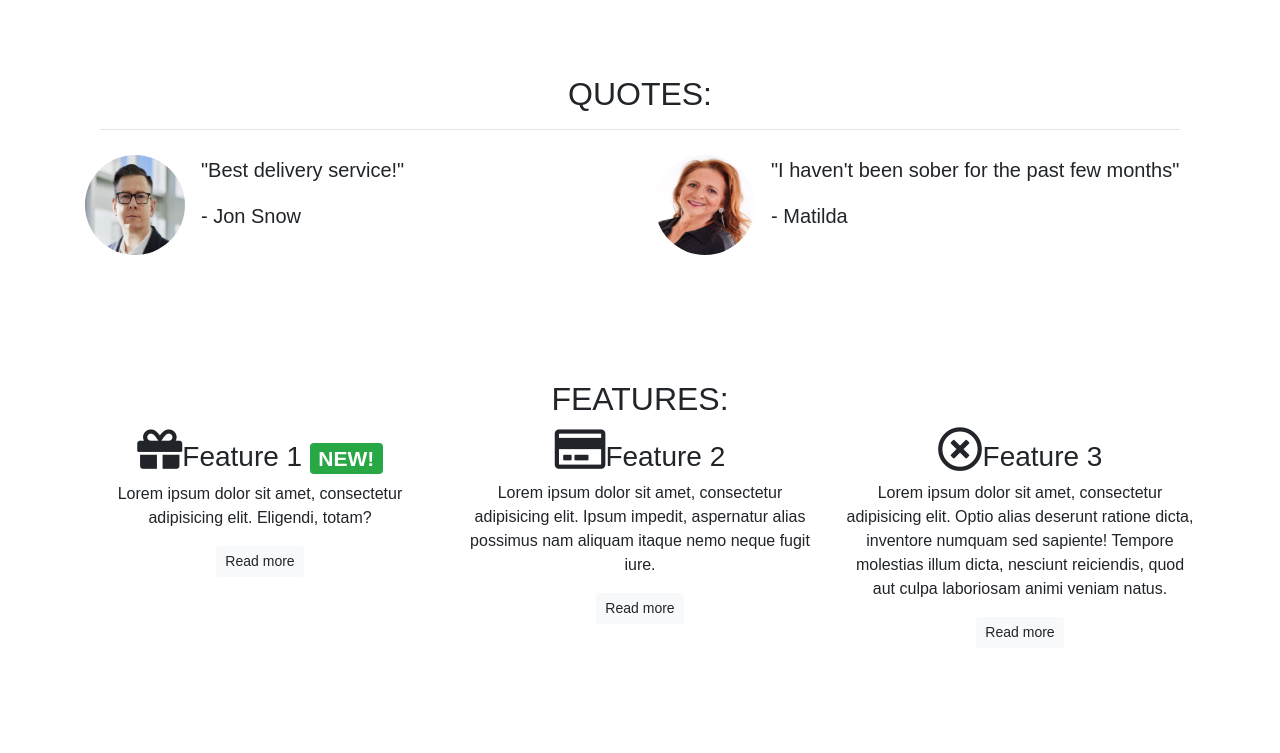
Repository: mkuti/Whiskey_website_using_Bootstrap
Page: index.html
The author's editor kept a record of every edit. The page is drawn from the files as they stood at one moment, then again after the next edit.
The browser window is 1280 px wide. The pictures show the part of the page from y = 720 to 1502 px (the page is 1473 px tall before and 1502 px after).
Backgrounds fixed to the window are drawn as part of the page. Some web fonts or font styles are not loaded; a fallback is used. Some web libraries are served in a nearby version.

Above is the page before.

### index.html
<!DOCTYPE html>
<html lang="en">

<head>
    <meta charset="UTF-8">
    <meta name="viewport" content="width=device-width, initial-scale=1.0">
    <title>Whiskey Drop | Taste a new whiskey every month</title>
    <link rel="stylesheet" href="https://maxcdn.bootstrapcdn.com/bootstrap/4.1.3/css/bootstrap.min.css">
    <link rel="stylesheet" href="https://use.fontawesome.com/releases/v5.6.1/css/all.css" integrity="sha384-gfdkjb5BdAXd+lj+gudLWI+BXq4IuLW5IT+brZEZsLFm++aCMlF1V92rMkPaX4PP" crossorigin="anonymous">

    <link href="https://fonts.googleapis.com/css?family=B612+Mono&display=swap" rel="stylesheet">
    <link rel="stylesheet" href="css/style.css" type="text/css" />
</head>

<body>

    <div class="container-fluid navalert-container">
        <!--alert sale-->
        <div class="container-fluid alert-container">
            <div class="row d-none d-sm-block">
                <div class="col-12">
                    <div class="site-wide-alert alert alert-warning">
                        <strong>Sale Now On!</strong> We've got a sale on. Get a 12-month subscription for the price of 6! <a href="">See here for details!</a>
                    </div>
                </div>
            </div>
        </div>
        <!-- nav -->
        <nav class="navbar navbar-dark navbar-expand-sm">
            <a href="/" class="navbar-brand">Whiskey Drop</a>
            <!-- button for smaller screens -->
            <button class="navbar-toggler ml-auto" type="button" data-toggle="collapse" data-target="#navbarNavDropdown" aria-controls="navbarNavDropdown" aria-expanded="false" aria-label="Toggle navigation">
            <span class="navbar-toggler-icon"></span></button>
            <!-- end button -->

            <!-- menu -->
            <div class="collapse navbar-collapse" id="navbarNavDropdown">
                <ul class="navbar-nav mr-auto">
                    <li class="active nav-item mr-2"><a class="nav-link" href="/">Home</a></li>
                    <li class="nav-item mr-2"><a class="nav-link" href="">About</a></li>
                    <li class="nav-item dropdown">
                        <a class="nav-link dropdown-toggle" href="#" id="navbarNavDropdownMenuLink" role="button" data-toggle="dropdown" aria-haspopup="true" aria-expanded="false">Whiskeys</a>
                        <div class="dropdown-menu" aria-labelledby="navbarNavDropdownMenuLink">
                            <a class="dropdown-item" href="#">Irish</a>
                            <a class="dropdown-item" href="#">Scottish</a>
                            <a class="dropdown-item" href="#">Japanese</a>
                            <a class="dropdown-item" href="#">American</a>
                        </div>
                    </li>
                    <li class="nav-item mr-2 d-block d-sm-none"><a class="nav-link" href="">Sign In / Sign Up</a></li>
                </ul>
            </div>
            <!-- .menu -->
            <!--sign up-->
            <div class="d-none d-md-block">
                <p class="navbar-text my-auto mr-2"><i>Great whiskey delivered to your door</i></p>
                <a href="/login" class="btn btn--cta btn--red">Sign In / Sign Up</a>
            </div>
            <!--</div>-->
        </nav>
    </div>
    <!--end nav-->

    <!-- call out section -->
    <div class="container-fluid callout-container">
        <div class="opaque-overlay">&nbsp;</div>
        <div class="row">
            <div class="col-12">
                <section class="callout jumbotron text-center">
                    <h1 class="jumbotron-header">The finest whiskeys delivered to your doorstep.</h1>
                    <hr class="block-divider block-divider--orange">
                    <p class="lead">Sign up today to start receiving the world's best whiskeys every month. <s class="d-none d-sm-inline">€19.99</s>
                        <span class="d-inline d-sm-none"><br></span>
                        <strong><mark>The first one is free!</mark></strong></p>
                    <button class="btn btn--cta btn--red" data-toggle="modal" data-target="#signUpModal">Sign up!</button>
                    <p class="text-muted"><small>You must be over 18 to use our services. Please drink responsibly.</small></p>
                </section>
            </div>
        </div>
    </div>
    <!--end call out-->
    <!-- Quotes -->
    <div class="container quotes-container content-container">
        <section class="quotes">
            <div class="col-12 page-header">
                <h2 class="text-uppercase">Quotes:</h2>
                <hr class="block-divider-small">
            </div>
            <div class="row">
                <div class="col-12 col-md-6">
                    <div class="media">
                        <div class="d-none d-sm-block">
                            <img src="Images/old-man.jpg" class="rounded-circle mr-3" height=100 width=100>
                        </div>
                        <div class="media-body">
                            <blockquote class="blockquote">
                                <p>"Best delivery service!"</p>
                                <p>- Jon Snow</p>
                            </blockquote>
                        </div>
                    </div>
                </div>
                <div class="col-12 col-md-6">
                    <div class="media">
                        <div class="d-none d-sm-block">
                            <img src="Images/old-woman.jpg" class="rounded-circle mr-3" height=100 width=100>
                        </div>
                        <div class="media-body">
                            <blockquote class="blockquote">
                                <p>"I haven't been sober for the past few months"</p>
                                <p>- Matilda</p>
                            </blockquote>
                        </div>
                    </div>
                </div>
            </div>
        </section>
    </div>
    <!--end quotes-->

    <!-- Features -->
    <div class="container features-container content-container">
        <section class="features">
            <div class="row">
                <div class="col-12 page-header">
                    <h2 class="text-uppercase">Features:</h2>
                </div>
            </div>
            <div class="row">
                <div class="col-12 col-md-6 col-lg-4">
                    <div class="feature">
                        <h3><i class="fas fa-gift d-none d-sm-inline"></i>Feature 1 <span class="badge badge-success">NEW!</span></h3>
                        <p>Lorem ipsum dolor sit amet, consectetur adipisicing elit. Eligendi, totam?</p>
                        <p><a class="btn btn-sm btn-light" href="">Read more</a></p>
                    </div>
                </div>

                <div class="col-12 col-md-6 col-lg-4">
                    <div class=feature>
                        <h3><i class="far fa-credit-card d-none d-sm-inline"></i>Feature 2</h3>
                        <p>Lorem ipsum dolor sit amet, consectetur adipisicing elit. Ipsum impedit, aspernatur alias possimus nam aliquam itaque nemo neque fugit iure.</p>
                        <p><a class="btn btn-sm btn-light" href="">Read more</a></p>
                    </div>
                </div>

                <div class="col-12 d-md-none d-lg-block col-lg-4">
                    <div class="feature">
                        <h3><i class="far fa-times-circle d-none d-sm-inline"></i>Feature 3</h3>
                        <p>Lorem ipsum dolor sit amet, consectetur adipisicing elit. Optio alias deserunt ratione dicta, inventore numquam sed sapiente! Tempore molestias illum dicta, nesciunt reiciendis, quod aut culpa laboriosam animi veniam natus.</p>
                        <p><a class="btn btn-sm btn-light" href="">Read more</a></p>
                    </div>
                </div>
            </div>
        </section>
        <!--end features-->
    </div>


    <div class="modal" tabindex="-1" role="dialog" id="signUpModal">
        <div class="modal-dialog" role="document">
            <div class="modal-content">
                <div class="modal-header">
                    <h5 class="modal-title">Sign Up to Whiskey Drop</h5>
                    <button type="button" class="close" data-dismiss="modal" aria-label="Close">
          <span aria-hidden="true">&times;</span>
        </button>
                </div>
                <div class="modal-body">
                    <form>
                        <div class="form-group">
                            <label for="exampleInputEmail1">Email address</label>
                            <input type="email" class="form-control" id="exampleInputEmail1" aria-describedby="emailHelp" placeholder="Enter email">
                            <small id="emailHelp" class="form-text text-muted">We'll never share your email with anyone else.</small>
                        </div>
                        <div class="form-group">
                            <label for="password">Password</label>
                            <input type="password" class="form-control" id="password" placeholder="Password">
                        </div>
                        <div class="form-group">
                            <label for="repeatPassword">Repeat Password</label>
                            <input type="password" class="form-control" id="repeatPassword" placeholder="Repeat Password">
                        </div>
                        <button type="submit" class="btn btn-success">Submit</button>
                    </form>
                </div>
            </div>
        </div>
    </div>

    <script src="https://code.jquery.com/jquery-3.3.1.slim.min.js" integrity="sha384-q8i/X+965DzO0rT7abK41JStQIAqVgRVzpbzo5smXKp4YfRvH+8abtTE1Pi6jizo" crossorigin="anonymous"></script>
    <script src="https://cdnjs.cloudflare.com/ajax/libs/popper.js/1.14.3/umd/popper.min.js" integrity="sha384-ZMP7rVo3mIykV+2+9J3UJ46jBk0WLaUAdn689aCwoqbBJiSnjAK/l8WvCWPIPm49" crossorigin="anonymous"></script>
    <script src="https://stackpath.bootstrapcdn.com/bootstrap/4.1.3/js/bootstrap.min.js" integrity="sha384-ChfqqxuZUCnJSK3+MXmPNIyE6ZbWh2IMqE241rYiqJxyMiZ6OW/JmZQ5stwEULTy" crossorigin="anonymous"></script>

</body>

</html>

### css/style.css
body {
    font-family: 'Poppins', sans-serif;
}

.alert-container .col-12 {
    padding-left: 0;
    padding-right: 0;
    }

.site-wide-alert {
    border-radius: 0;
    margin-bottom: 0;
    padding: 5px 15px;
    background-color:#ffd85d;
    border-color: #ffd85d;
}

.callout-container {
    height: 100vh;
    background: url(../Images/whiskey.jpg) no-repeat bottom right fixed;
    -webkit-background-size: cover;
    -moz-background-size: cover;
    -o-background-size: cover;
    background-size: cover;

    display: flex;
    align-items: center;
    justify-content: center;
    position: relative;
    }

/*opaque overlay for the background image*/

.opaque-overlay {
  position: absolute;
  top: 0;
  left: 0;
  height: 100%;
  width: 100%;
  background: rgba(0, 0, 0, 0.5);
}

/*navbar*/

.navbar {
    margin-bottom: 0;
    border: 0;
    width: 100%;
    background-color: rgba(0, 0, 0, 0.25);
    }

.navalert-container {
    position: absolute;
    top: 0;
    left: 0;
    padding-left: 0;
    padding:right; 0;
    z-index: 1;
}

.navbar .navbar-toggler {
    border: 0;
}

.navbar-brand {
    font-weight: bold;
    }

.navbar .navbar-nav a {
    font-weight: bold;
}

/*page headers*/

.page-header {
    margin-bottom: 0;
    border-bottom: 0;
    text-align: center;
}

.page-header h2 {
    margin-top: 0;
}

.quotes .page-header {
    margin-bottom: 25px;
}

   /*containers*/

.content-container {
    margin-top: 75px;
    margin-bottom: 75px;
    }

.container.wrapper {

}

.container-wrapper--red {
    background-color: #c1340a;
    color: white;
    }

.quotes-container {}

.features-container {
    padding-top: 50px;
    }


/*block dividers*/

.block-divider {
    width: 75px;
    height: 5px;
    border: 0;
    }

.block-divider--orange {
    background-color: #c1340a;
}

.block-divider--white {
    background-color: #fff;
}

.block-divider--short {
    width: 35px;
    background-color: #444;
}

/*jumbotron*/

.jumbotron {
    background-color: transparent;
}

.jumbotron-header {
    color: #fff;
    font-weight: bold;
    margin-top: 30px;
}

.jumbotron .lead {
    font-size: 1.25rem;
    font-weight: 300;
    margin: 25px 0;
    color: #949494;
}

.jumbotron small {
    font-size: 60%;
    font-style: italic;
    color: #e6e6e6;
}

/* buttons */

.btn--cta {
    font-weight:bold;
    border-radius:23px;
    width: 200px;
    }

.btn--red {
    color: white;
    border-color: #c1340a;
    background-color: #c1340a;
}

.btn--white {
    background-color: white;
    border-color: white;
    border-radius: 15px;
    color: #c1340a;
    min-width: 100px;
    margin-top: 10px;
}

.btn--red:hover,
.btn--red:active,
.btn--red:focus,
.btn--red:active:focus {
    border-color: #942909;
    background-color: #962605;
    color: white;
}

.btn--white:hover,
.btn--white:active,
.btn--white:focus,
.btn--white:active:focus {
    border-color: white;
    background-color: white;
    color: #000;
}

.badge--yellow {
    color: #c1340a;
    background-color: #ffd85d;
    border-radius: 5px;
}

.feature {
    text-align: center;
    margin-bottom: 30px;
    }

.feature i {
    margin-bottom: 20px;
    font-size: 45px;
    line-height: 45px;
}

.col-lg-4 {

After the next edit:
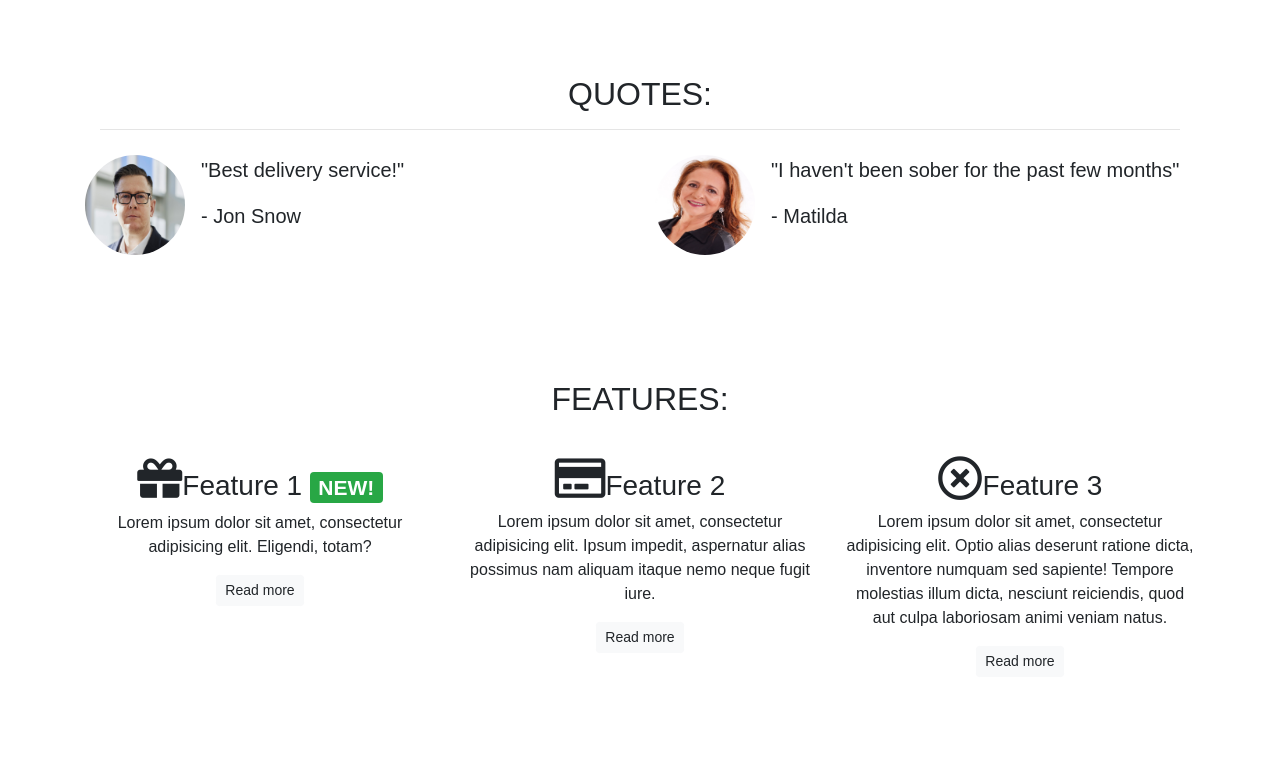
The edit:
--- a/index.html
+++ b/index.html
@@ -124,6 +124,7 @@
             <div class="row">
                 <div class="col-12 page-header">
                     <h2 class="text-uppercase">Features:</h2>
+                    <hr class="block-divider block-divider-small">
                 </div>
             </div>
             <div class="row">
